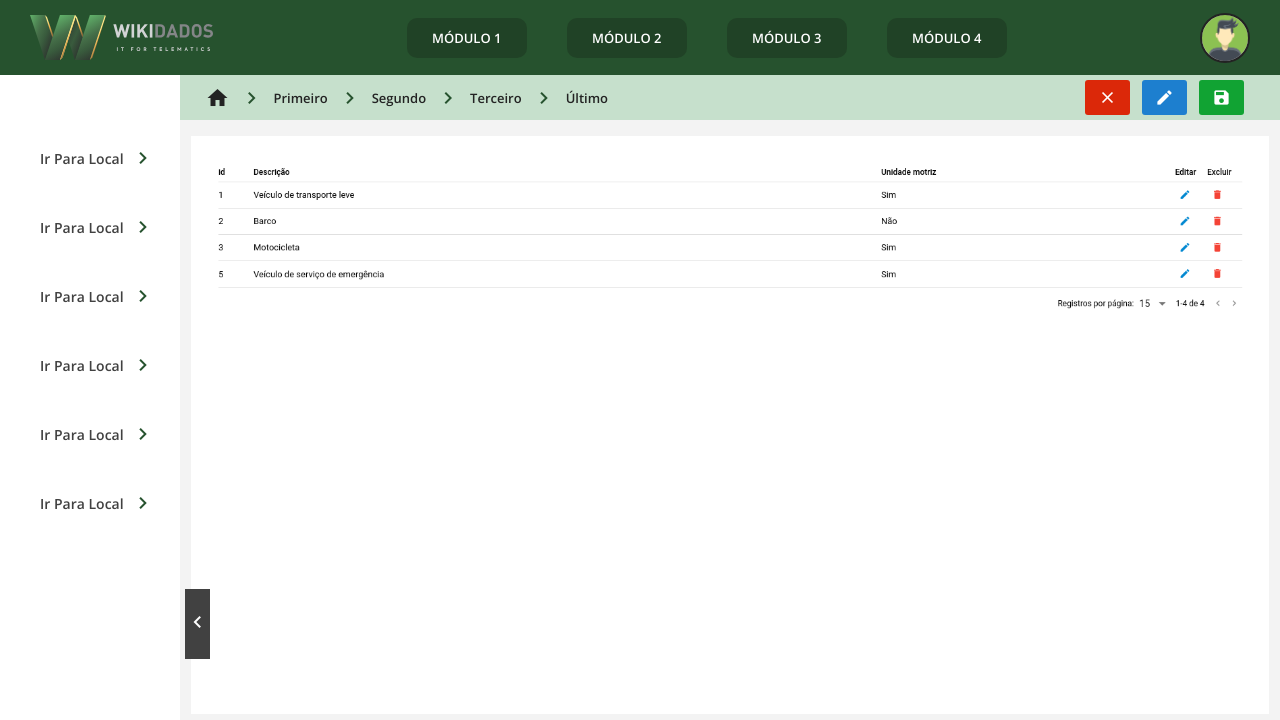
Repository: AlexDjon/alexdjon.github.io
Page: wiki-relayout/index.html
These files come from the project's save history. The page is drawn as it stood at one moment and after the next save; the edit follows.
The browser window is 1280 px wide. The pictures show the whole page.

Above is the page before, as saved 2020-08-12 16:40:22.

After the next save:
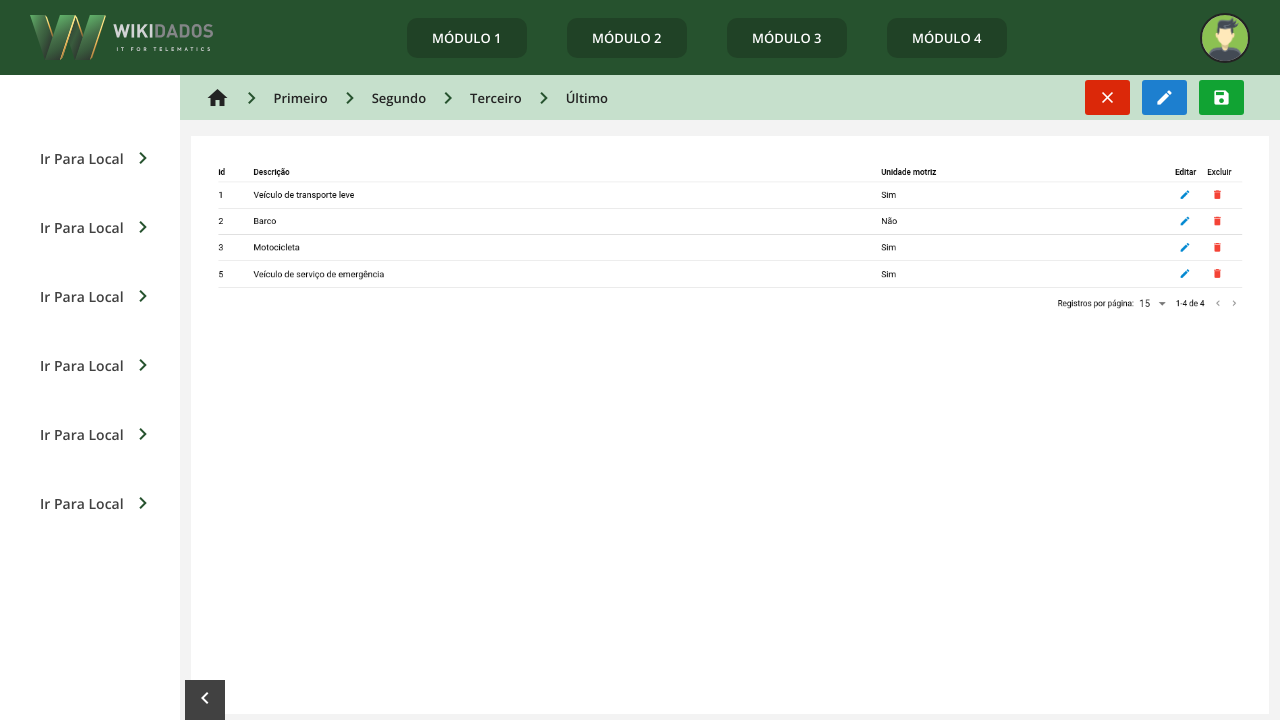
Saved 86 s later.
--- a/wiki-relayout/css/styles.css
+++ b/wiki-relayout/css/styles.css
@@ -151,8 +151,9 @@ body {
 }
 .navbar .close {
   position: absolute;
-  width: 25px;
-  height: 70px;
+  bottom: 0;
+  width: 40px;
+  height: 40px;
   background: var(--black2);
   left: 184.92px;
   margin: 0;
